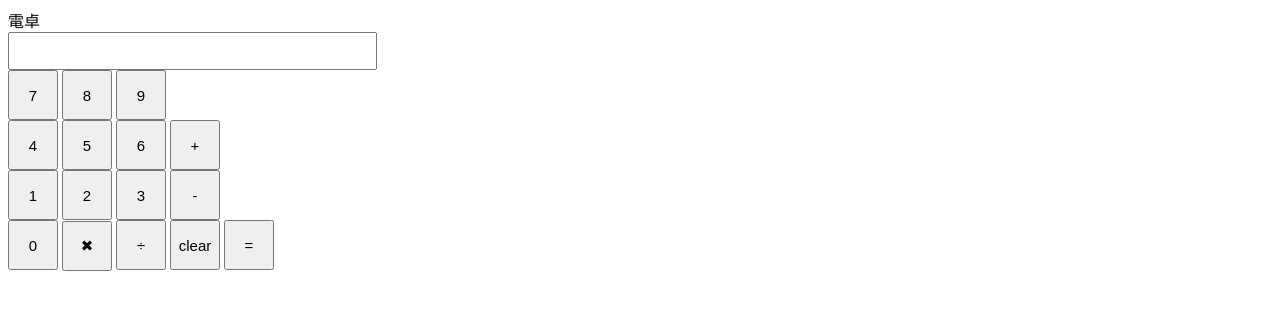
Repository: U-dias/work3
Page: 実践課題(電卓)/index.html
The author's editor kept a record of every edit. The page is drawn from the files as they stood at one moment, then again after the next edit.
The browser window is 1280 px wide. The pictures show the whole page.

Above is the page before.

After the next edit:
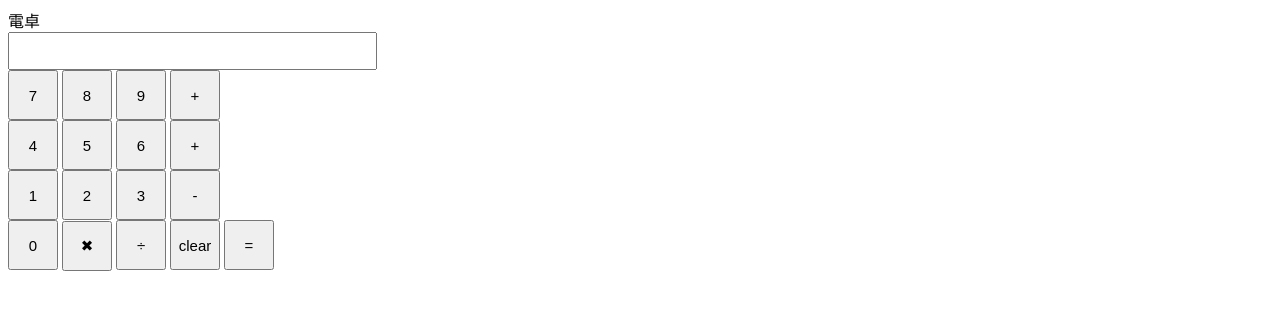
The edit:
--- a/実践課題(電卓)/index.html
+++ b/実践課題(電卓)/index.html
@@ -25,7 +25,7 @@
  <button onclick="append('7')">7</button>
  <button onclick="append('8')">8</button>
  <button onclick="append('9')">9</button>
-<br />
+<button onclick="append('+')">+</button><br />
 
  <button onclick="append('4')">4</button>
  <button onclick="append('5')">5</button>
